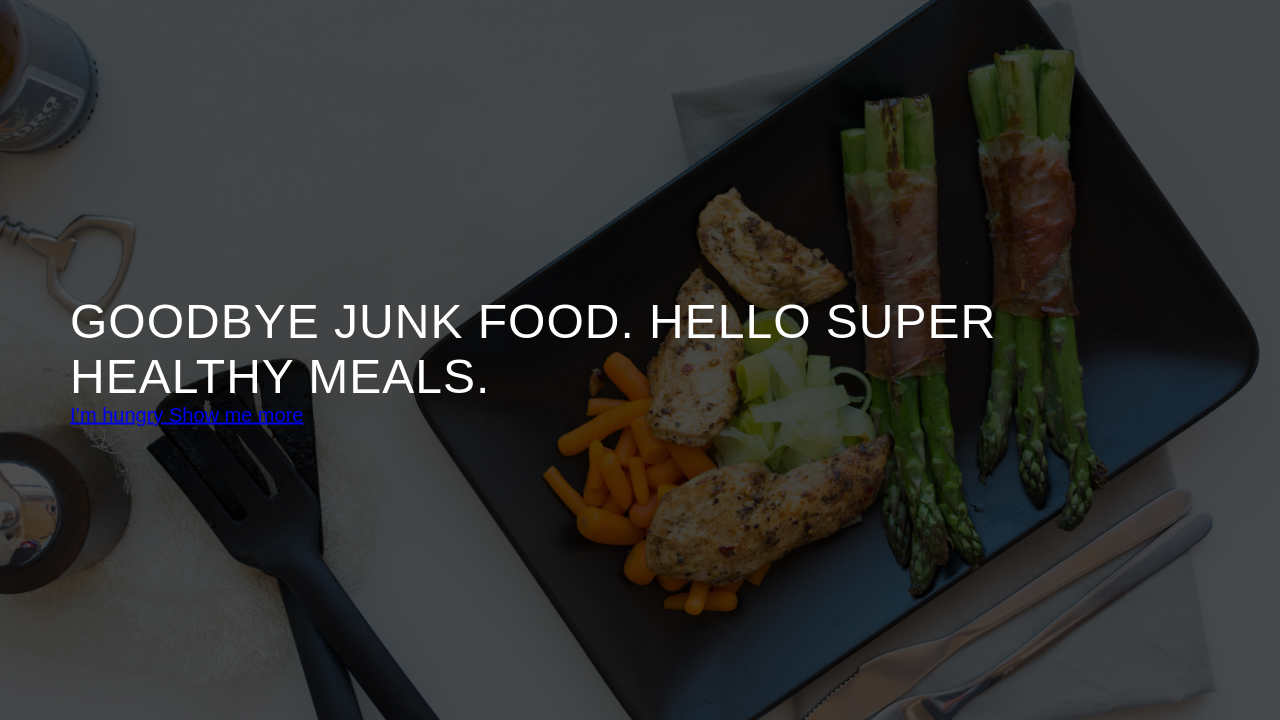
Repository: pboi18/E-Foods
Page: index.html
These files come from the project's save history. The page is drawn as it stood at one moment and after the next save; the edit follows.
The browser window is 1280 px wide. The pictures show the whole page.

Above is the page before, as saved 2020-07-09 21:52:09.

After the next save:
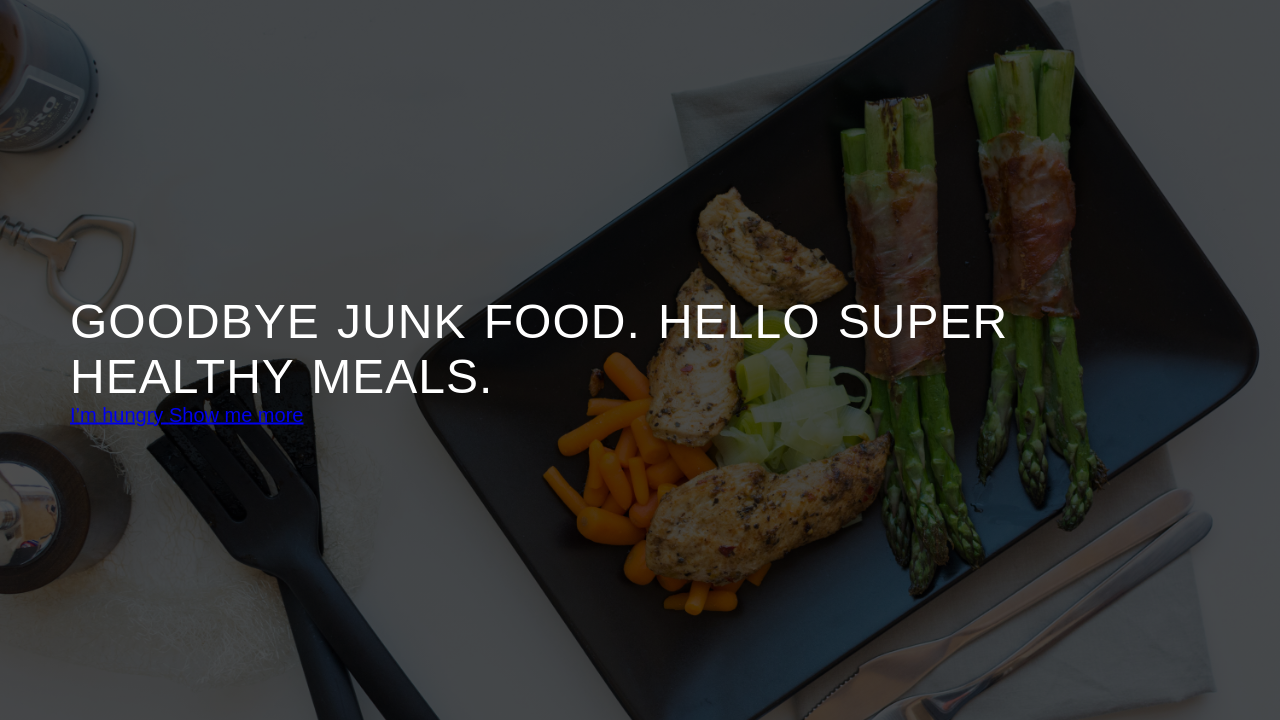
Saved 26 s later.
--- a/resources/css/style.css
+++ b/resources/css/style.css
@@ -41,4 +41,5 @@ h1 {
     font-weight: 300;
     text-transform: uppercase;
     letter-spacing: 1px;
+    word-spacing: 3px;
 }
